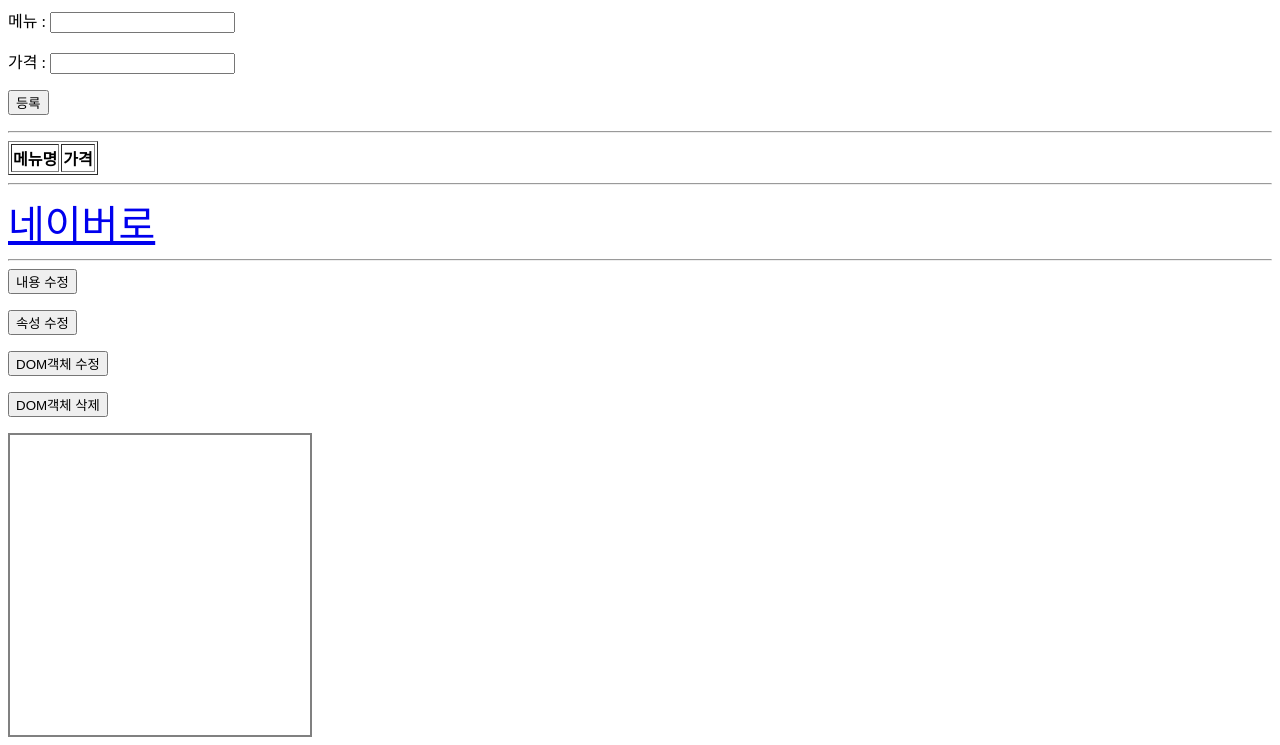
Repository: womss/sexyguy
Page: Spring/Feb14_1_jQuery/WebContent/1_DOM.html
These files come from the project's save history. The page is drawn as it stood at one moment and after the next save; the edit follows.
The browser window is 1280 px wide. The pictures show the whole page.
Empty fields were first filled with sample values (such as "Sample", 5 or name@example.com).
After loading, the first visible `#m_btn` was clicked once.

Above is the page before, as saved 2025-02-14 02:09:21.

After the next save:
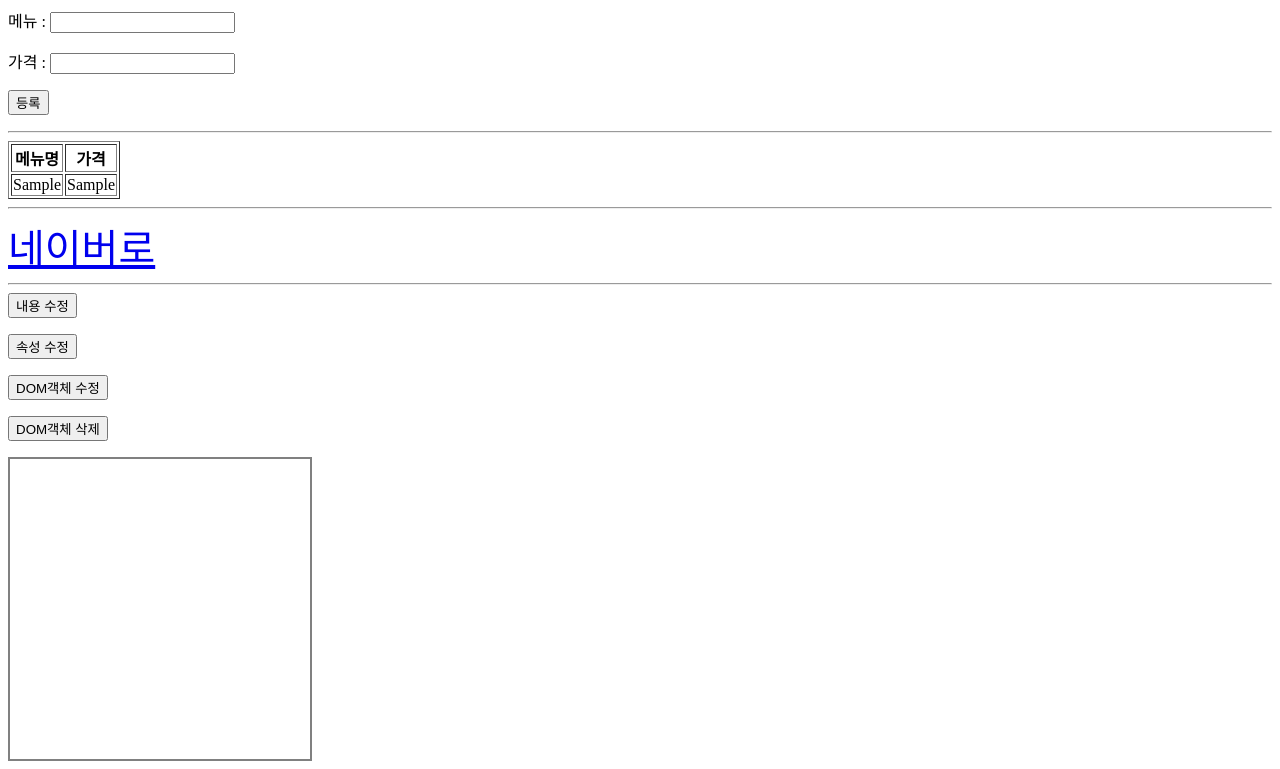
Saved 57 s later.
--- a/Spring/Feb14_1_jQuery/WebContent/1_DOM.html
+++ b/Spring/Feb14_1_jQuery/WebContent/1_DOM.html
@@ -109,7 +109,7 @@ div {
 			let tr = $("<tr></tr>").append(td1, td2);
 
 
-			$("m_tbl").append(tr);
+			$("#m_tbl").append(tr);
 
 			$("#m_name").val("");
 			$("#m_price").val("");
